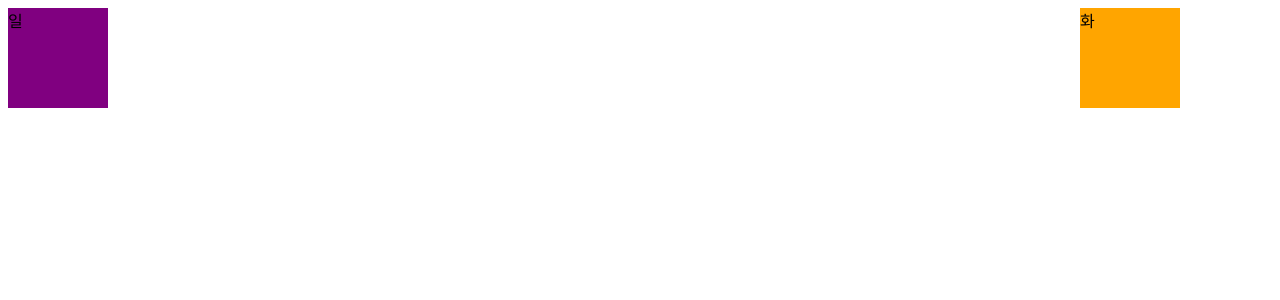
Repository: Jooheehan-kopo/web-workspace
Page: Lecture-web/WebContent/Jquery/weekdays.html
The author's editor kept a copy of each file at every save. The page is drawn from the files as they stood at one save, then again after the next save.
The browser window is 1280 px wide. The pictures show the whole page.

Above is the page before, as saved 2021-06-17 07:54:23.

After the next save:
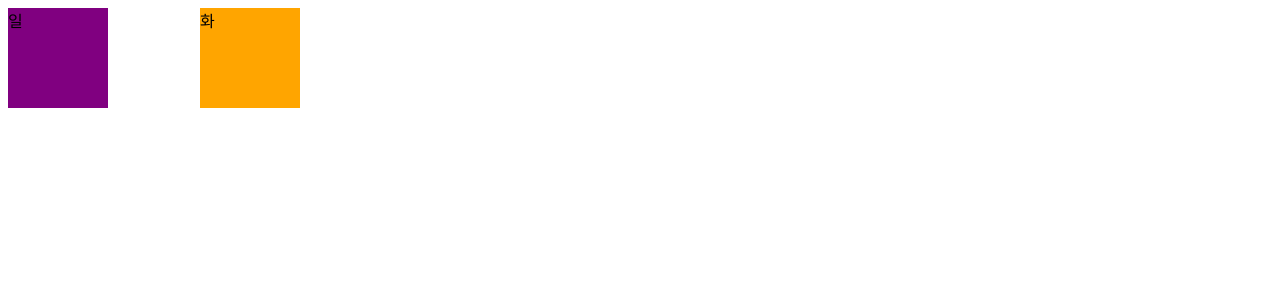
Saved 13 s later.
--- a/Lecture-web/WebContent/Jquery/weekdays.html
+++ b/Lecture-web/WebContent/Jquery/weekdays.html
@@ -14,7 +14,7 @@
 #tue {
 	width: 100px;
 	height: 100px;
-	right:100px;
+	left:200px;
 	background-color: orange;
 	position: absolute;
 }
